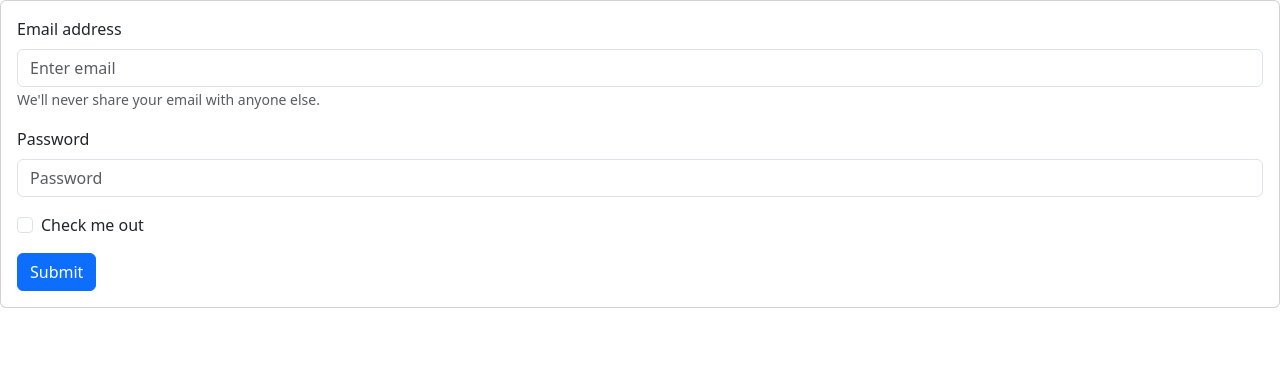
Repository: trider/react-task-app
Page: /
These files come from the project's save history. The page is drawn as it stood at one moment and after the next save; the edit follows.
The browser window is 1280 px wide. The pictures show the whole page.
The project was rebuilt for these pictures with package versions that can differ from the ones it lists, and the page was loaded fresh each time.

Above is the page before, as saved 2024-05-02 15:48:17.

### src/App.js

import 'bootstrap/dist/css/bootstrap.min.css';
import LoginForm from "./pages/Login";



let App = () => {
  return (
    <div>
      <LoginForm />
    </div>


  );
}


export default App;

### src/pages/Login.js

import Button from 'react-bootstrap/Button';
import Form from 'react-bootstrap/Form';
import Card from 'react-bootstrap/Card';

const LoginForm =()=> {
  return (
  <Card>
    <Card.Body>
    <Form>
      <Form.Group className="mb-3" controlId="formBasicEmail">
        <Form.Label>Email address</Form.Label>
        <Form.Control type="email" placeholder="Enter email" />
        <Form.Text className="text-muted">
          We'll never share your email with anyone else.
        </Form.Text>
      </Form.Group>

      <Form.Group className="mb-3" controlId="formBasicPassword">
        <Form.Label>Password</Form.Label>
        <Form.Control type="password" placeholder="Password" />
      </Form.Group>
      <Form.Group className="mb-3" controlId="formBasicCheckbox">
        <Form.Check type="checkbox" label="Check me out" />
      </Form.Group>
      <Button variant="primary" type="submit">
        Submit
      </Button>
    </Form>
    </Card.Body>
  </Card>

  );
}

export default LoginForm;

Loaded but not shown: public/index.html (common file); src/index.js (common file); src/index.css (common file); src/reportWebVitals.js (common file)

After the next save:
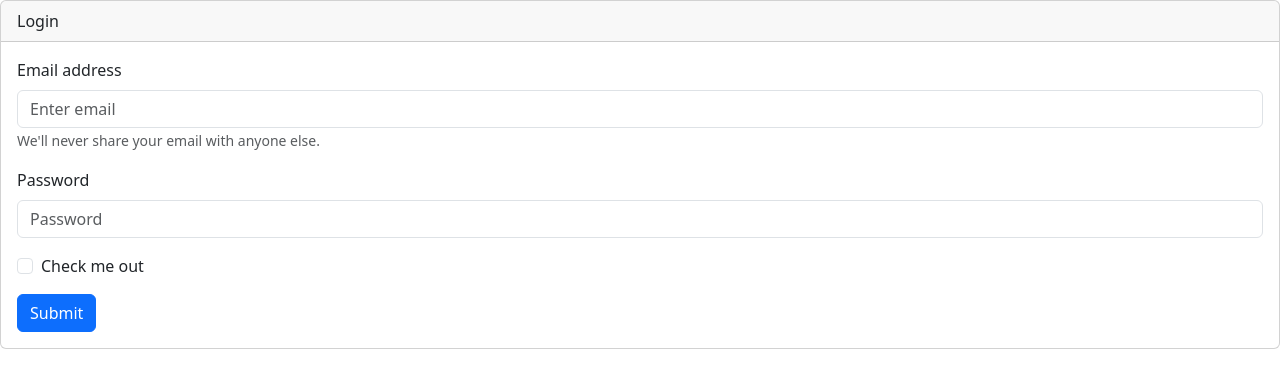
Saved 36 s later.
--- a/src/pages/Login.js
+++ b/src/pages/Login.js
@@ -6,6 +6,7 @@ import Card from 'react-bootstrap/Card';
 const LoginForm =()=> {
   return (
   <Card>
+    <Card.Header>Login</Card.Header>
     <Card.Body>
     <Form>
       <Form.Group className="mb-3" controlId="formBasicEmail">
